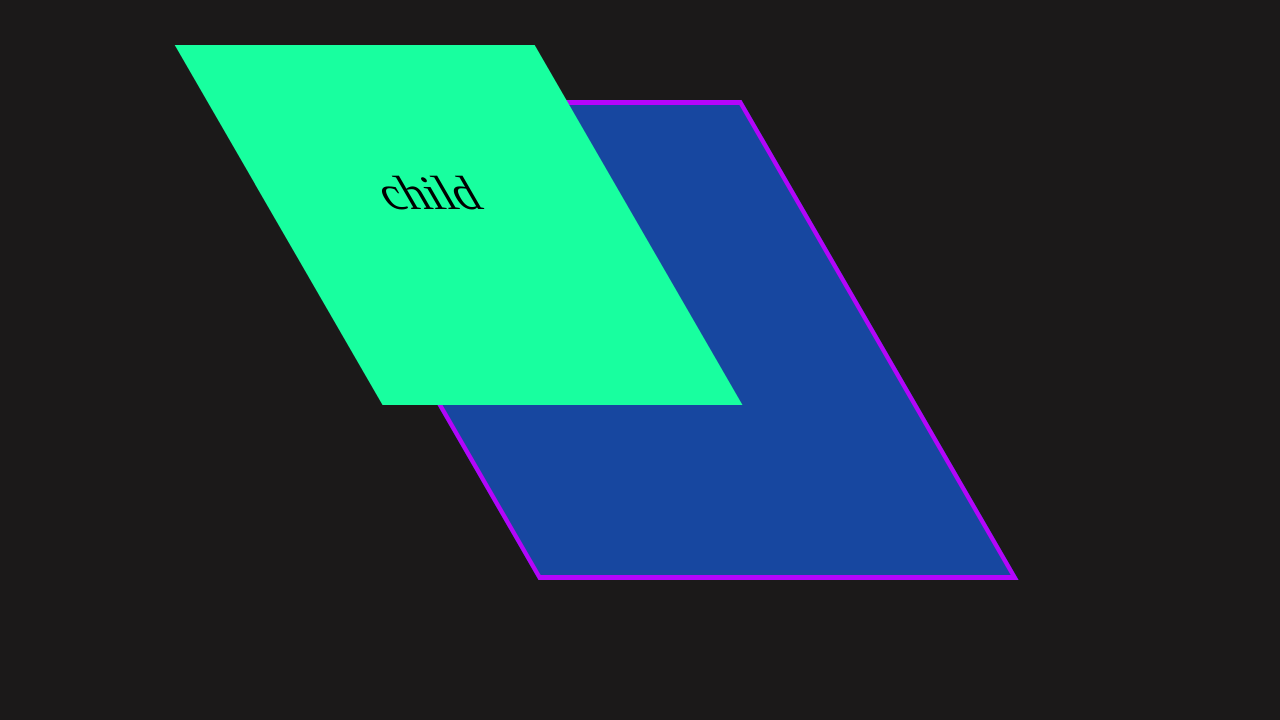
Repository: badhon252/revision
Page: Day-5/index.html
The author's editor kept a copy of each file at every save. The page is drawn from the files as they stood at one save, then again after the next save.
The browser window is 1280 px wide. The pictures show the whole page.
The pointer rests on the first visible `.parent`.

Above is the page before, as saved 2022-02-11 23:04:09.

After the next save:
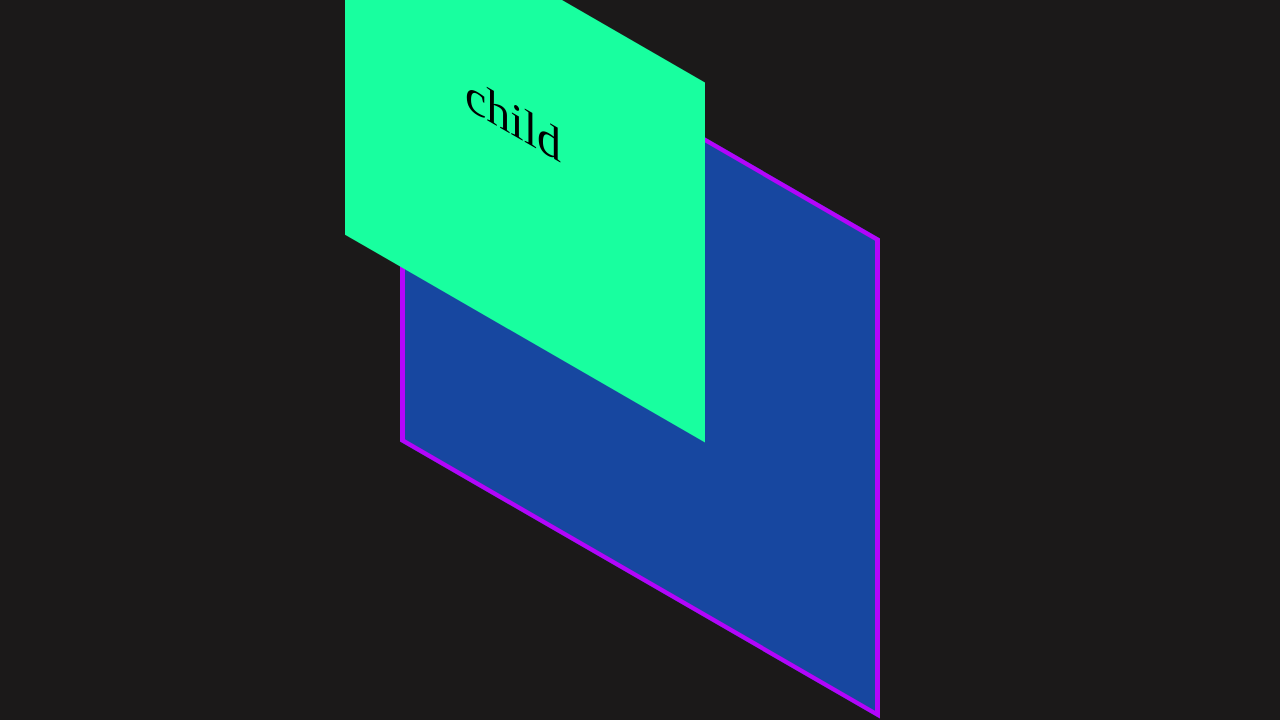
Saved 6 s later.
--- a/Day-5/index.css
+++ b/Day-5/index.css
@@ -29,5 +29,5 @@
 }
 
 .parent:hover {
-  transform: skewX(30deg);
+  transform: skewY(30deg);
 }
